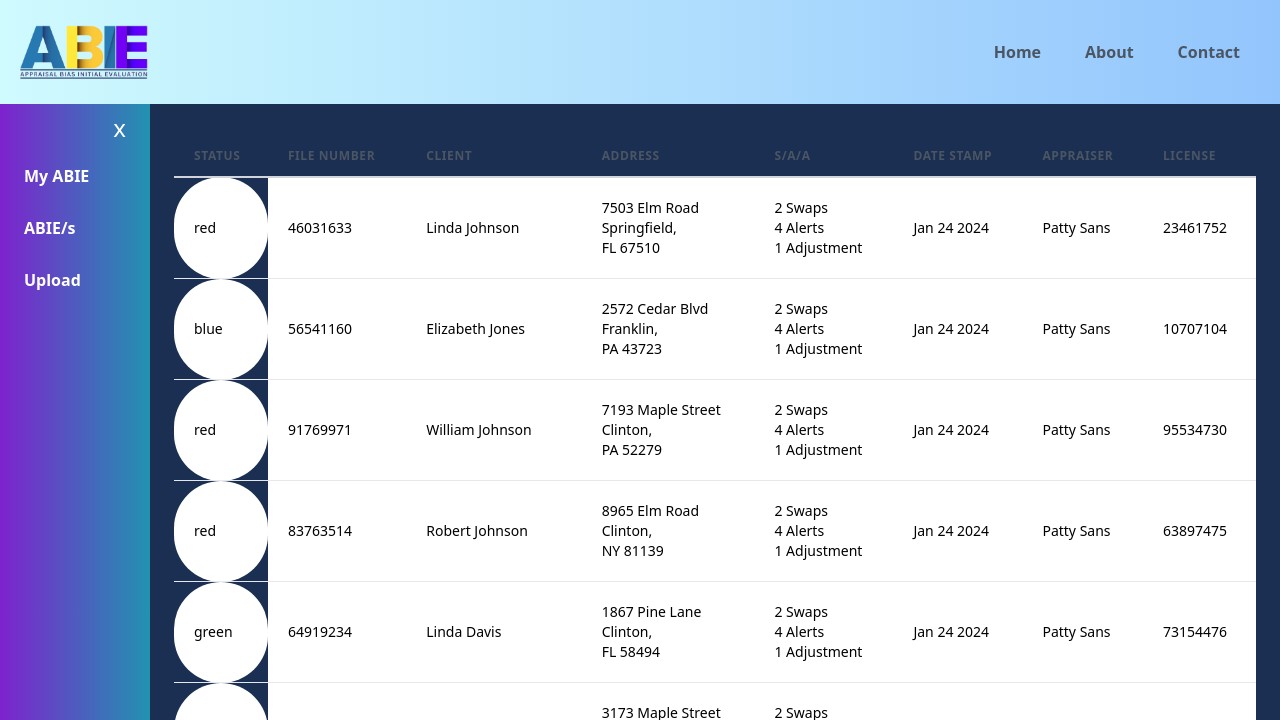
Repository: WafulaLukorito/Abie-frontend
Page: /dashboard
An editor plug-in stored every save of this project. The page is shown before and after the next save, followed by the edit.
The browser window is 1280 px wide. The pictures show the whole page.
An inner scrolling area shows only its first screen. The project was rebuilt for these pictures with package versions that can differ from the ones it lists, and the page was loaded fresh each time. Also part of the build but not shown: vite.config.js, src/components/Header/Button.jsx, src/components/Header/Links.jsx, src/components/Header/index.jsx, src/pages/Home.jsx, src/pages/About.jsx.

Above is the page before, as saved 2024-01-26 18:49:07.

### index.html
<!doctype html>
<html lang="en">
  <head>
    <meta charset="UTF-8" />
    <link rel="icon" type="image/svg+xml" href="src\assets\logo.png" />
    <meta name="viewport" content="width=device-width, initial-scale=1.0" />
    <title>Vite + React</title>
  </head>
  <body>
    <div id="root"></div>
    <script type="module" src="/src/main.jsx"></script>
  </body>
</html>

### src/main.jsx
import React from 'react'
import ReactDOM from 'react-dom/client'
import './index.css'
import { createBrowserRouter, RouterProvider } from 'react-router-dom'

//pages
import Home from './pages/Home'
import About from './pages/About'
import Dashboard from './pages/Dashboard'

const routes = createBrowserRouter([
  {
    path: '/',
    element: <Home/>,
  },
  {
    path: '/about',
    element: <About/>
  },
  {
    path: '/dashboard',
    element: <Dashboard/>
  },
  {
    path: '*',
    element: <div>404 Not Found</div>
  }
])

ReactDOM.createRoot(document.getElementById('root')).render(
  <React.StrictMode>
    <RouterProvider router={routes}/>
  </React.StrictMode>,
)

### src/index.css
@tailwind base;
@tailwind components;
@tailwind utilities;

* {
  margin: 0;
  padding: 0;
  box-sizing: border-box;
}

.sidebar {
  top: 6.5rem;
  background: linear-gradient(to right, #7E22CE, #2193b0);
}

### src/pages/Dashboard.jsx
import React, { useState } from 'react';
import Sidebar from "../components/Sidebar";
import NavBar from "../components/Navbar";
import mock from "./mock.json";

const Dashboard = () => {
    const [isSidebarOpen, setIsSidebarOpen] = useState(true);

    const toggleSidebar = () => {
        setIsSidebarOpen(!isSidebarOpen);
    };

    return (
        <div className="flex h-screen" style={{ backgroundColor: "#1A2F52" }}>
            <Sidebar isOpen={isSidebarOpen} toggleSidebar={toggleSidebar} />
            <div className="flex flex-col flex-1 overflow-hidden">
                <NavBar />

                {/* Main content */}
                <main className={`flex-1 overflow-x-hidden overflow-y-auto ${isSidebarOpen ? 'ml-[150px]' : 'ml-0'}`}>
                <div className="container mx-auto px-6 py-8">
                 <table className="min-w-full leading-normal">
                            <thead>
                                <tr>
                                    <th className="px-5 py-3 border-b-2 border-gray-300 text-left text-xs font-semibold text-gray-600 uppercase tracking-wider">Status</th>
                                    <th className="px-5 py-3 border-b-2 border-gray-300 text-left text-xs font-semibold text-gray-600 uppercase tracking-wider">File Number</th>
                                    <th className="px-5 py-3 border-b-2 border-gray-300 text-left text-xs font-semibold text-gray-600 uppercase tracking-wider">Client</th>
                                    <th className="px-5 py-3 border-b-2 border-gray-300 text-left text-xs font-semibold text-gray-600 uppercase tracking-wider">Address</th>
                                    <th className="px-5 py-3 border-b-2 border-gray-300 text-left text-xs font-semibold text-gray-600 uppercase tracking-wider">S/A/A</th>
                                    <th className="px-5 py-3 border-b-2 border-gray-300 text-left text-xs font-semibold text-gray-600 uppercase tracking-wider">Date Stamp</th>
                                    <th className="px-5 py-3 border-b-2 border-gray-300 text-left text-xs font-semibold text-gray-600 uppercase tracking-wider">Appraiser</th>
                                    <th className="px-5 py-3 border-b-2 border-gray-300 text-left text-xs font-semibold text-gray-600 uppercase tracking-wider">License</th>
                                </tr>
                            </thead>
                            <tbody>
                                {mock.map((item, index) => (
                                    <tr key={index} className="hover:bg-gray-700">
                                        <td className="px-5 py-5 border-b border-gray-200 bg-white text-sm bg-green-500 rounded-full">{item.color}</td>
                                        <td className="px-5 py-5 border-b border-gray-200 bg-white text-sm">{item.file_num}</td>
                                        <td className="px-5 py-5 border-b border-gray-200 bg-white text-sm">{item.client}</td>
                                        <td className="px-5 py-5 border-b border-gray-200 bg-white text-sm">
                                            <div>{item.address.split('\n').map((line, idx) => <div key={idx}>{line}</div>)}</div>
                                        </td>
                                        <td className="px-5 py-5 border-b border-gray-200 bg-white text-sm">
                                        <div>{item['S/A/A'].split('\n').map((line, idx) => <div key={idx}>{line}</div>)}</div></td>
                                        <td className="px-5 py-5 border-b border-gray-200 bg-white text-sm">{item.date_stamp}</td>
                                        <td className="px-5 py-5 border-b border-gray-200 bg-white text-sm">{item.appraiser}</td>
                                        <td className="px-5 py-5 border-b border-gray-200 bg-white text-sm">{item.license}</td>
                                    </tr>
                                ))}
                            </tbody>
                        </table>
                    </div>
                </main>
            </div>
        </div>
    );
}

export default Dashboard;

### src/components/Navbar/index.jsx
import React from "react";
import Logo from "../../assets/logo.png"
import { Link } from "react-router-dom";

export default function NavBar() {
  return (
    <header className="text-gray-600 body-font bg-gradient-to-r from-cyan-100 to-blue-300 text-blue-800">
      <div className="container mx-auto flex flex-wrap p-5 flex-col md:flex-row items-center">
        <a className="w-32 h-16 flex title-font font-medium items-center text-gray-900 mb-4 md:mb-0">
            <img src={Logo} alt="Logo" className="w-full h-full object-contain" />
        </a>
        <nav className="md:ml-auto flex flex-wrap items-center text-base justify-center text-2xl font-semibold gap-x-6">
          <Link to='/' className="mr-5 hover:text-gray-900">Home</Link>
          <Link to='/about' className="mr-5 hover:text-gray-900">About</Link>
          <a className="mr-5 hover:text-gray-900">Contact</a>
        </nav>
      </div>
    </header>
  );
}

### src/components/Sidebar/index.jsx
import React from 'react';

const Sidebar = ({ isOpen, toggleSidebar }) => {
  // Removed the internal state management for isSidebarOpen

  return (
    <div>
      {/* Sidebar */}
      <div className={`sidebar fixed top-0 bottom-0 lg:left-0 p-2 w-[150px] overflow-y-auto text-right ${isOpen ? 'bg-purple-700' : 'hidden'}`}>

        {/* Toggle button inside sidebar when open */}
        {isOpen && (
          <span
            className="text-white text-2xl z-50 top-0 button-style mt-3 cursor-pointer hover:bg-blue-600 rounded-full py-2 px-4"
            onClick={toggleSidebar}
          >
            {"x"}
          </span>
        )}

        {/* Add a little space after the toggle button */}
        <div className="mt-2"></div>

        {/* My ABIE link */}
        <div className="flex items-center button-style mt-3 cursor-pointer hover:bg-blue-600 text-white rounded-full py-2 px-4">
          <span className="font-bold">My ABIE</span>
        </div>

        {/* ABIE/s */}
        <div className="flex items-center button-style mt-3 cursor-pointer hover:bg-blue-600 text-white rounded-full py-2 px-4">
          <span className="font-bold">ABIE/s</span>
        </div>

        {/* Upload */}
        <div className="flex items-center button-style mt-3 cursor-pointer hover:bg-blue-600 text-white rounded-full py-2 px-4">
          <span className="font-bold">Upload</span>
        </div>

      </div>

      {/* Toggle button outside sidebar when closed */}
      {!isOpen && (
        <span
          className="sidebar absolute text-white top-2 left-0 cursor-pointer z-20 bg-purple-700 p-0 rounded-md"
          onClick={toggleSidebar}
        >
          {"Menu"}
        </span>
      )}
    </div>
  );
};

export default Sidebar;

### src/pages/mock.json
[
    {
        "color": "red",
        "file_num": "46031633",
        "client": "Linda Johnson",
        "address": "7503 Elm Road\nSpringfield,\nFL 67510",
        "S/A/A": "2 Swaps\n4 Alerts\n1 Adjustment",
        "date_stamp": "Jan 24 2024",
        "appraiser": "Patty Sans",
        "license": "23461752"
    },
    {
        "color": "blue",
        "file_num": "56541160",
        "client": "Elizabeth Jones",
        "address": "2572 Cedar Blvd\nFranklin,\nPA 43723",
        "S/A/A": "2 Swaps\n4 Alerts\n1 Adjustment",
        "date_stamp": "Jan 24 2024",
        "appraiser": "Patty Sans",
        "license": "10707104"
    },
    {
        "color": "red",
        "file_num": "91769971",
        "client": "William Johnson",
        "address": "7193 Maple Street\nClinton,\nPA 52279",
        "S/A/A": "2 Swaps\n4 Alerts\n1 Adjustment",
        "date_stamp": "Jan 24 2024",
        "appraiser": "Patty Sans",
        "license": "95534730"
    },
    {
        "color": "red",
        "file_num": "83763514",
        "client": "Robert Johnson",
        "address": "8965 Elm Road\nClinton,\nNY 81139",
        "S/A/A": "2 Swaps\n4 Alerts\n1 Adjustment",
        "date_stamp": "Jan 24 2024",
        "appraiser": "Patty Sans",
        "license": "63897475"
    },
    {
        "color": "green",
        "file_num": "64919234",
        "client": "Linda Davis",
        "address": "1867 Pine Lane\nClinton,\nFL 58494",
        "S/A/A": "2 Swaps\n4 Alerts\n1 Adjustment",
        "date_stamp": "Jan 24 2024",
        "appraiser": "Patty Sans",
        "license": "73154476"
    },
    {
        "color": "green",
        "file_num": "59057620",
        "client": "Michael Rodriguez",
        "address": "3173 Maple Street\nSpringfield,\nNY 79194",
        "S/A/A": "2 Swaps\n4 Alerts\n1 Adjustment",
        "date_stamp": "Jan 24 2024",
        "appraiser": "Patty Sans",
        "license": "97857475"
    },
    {
        "color": "blue",
        "file_num": "18184892",
        "client": "Patricia Brown",
        "address": "7449 Pine Lane\nGreenville,\nTX 73761",
        "S/A/A": "2 Swaps\n4 Alerts\n1 Adjustment",
        "date_stamp": "Jan 24 2024",
        "appraiser": "Patty Sans",
        "license": "21210081"
    },
    {
        "color": "green",
        "file_num": "38604736",
        "client": "Patricia Johnson",
        "address": "1511 Pine Lane\nSpringfield, \nCA 26949",
        "S/A/A": "2 Swaps\n4 Alerts\n1 Adjustment",
        "date_stamp": "Jan 24 2024",
        "appraiser": "Patty Sans",
        "license": "63797678"
    }
]

Loaded but not shown: tailwind.config.js (common file)

After the next save:
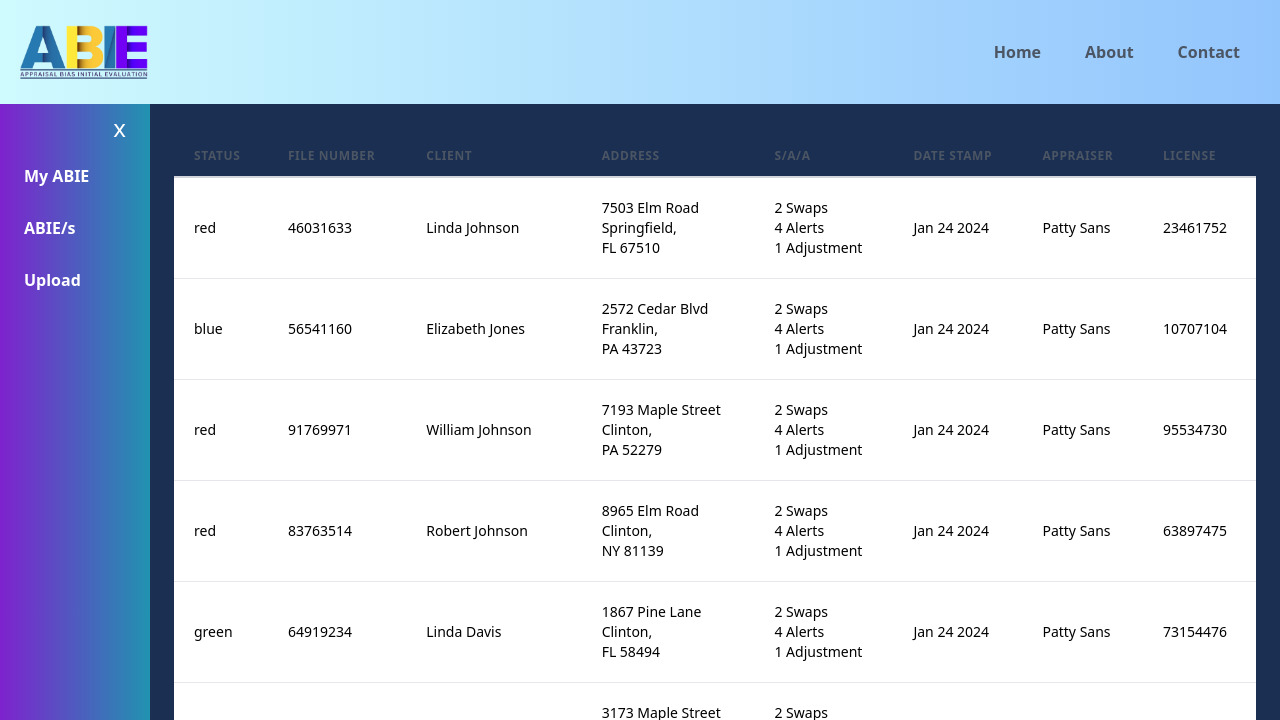
Saved 25 s later.
--- a/src/pages/Dashboard.jsx
+++ b/src/pages/Dashboard.jsx
@@ -35,7 +35,7 @@
                             <tbody>
                                 {mock.map((item, index) => (
                                     <tr key={index} className="hover:bg-gray-700">
-                                        <td className="px-5 py-5 border-b border-gray-200 bg-white text-sm bg-green-500 rounded-full">{item.color}</td>
+                                        <td className="px-5 py-5 border-b border-gray-200 bg-white text-sm">{item.color}</td>
                                         <td className="px-5 py-5 border-b border-gray-200 bg-white text-sm">{item.file_num}</td>
                                         <td className="px-5 py-5 border-b border-gray-200 bg-white text-sm">{item.client}</td>
                                         <td className="px-5 py-5 border-b border-gray-200 bg-white text-sm">
